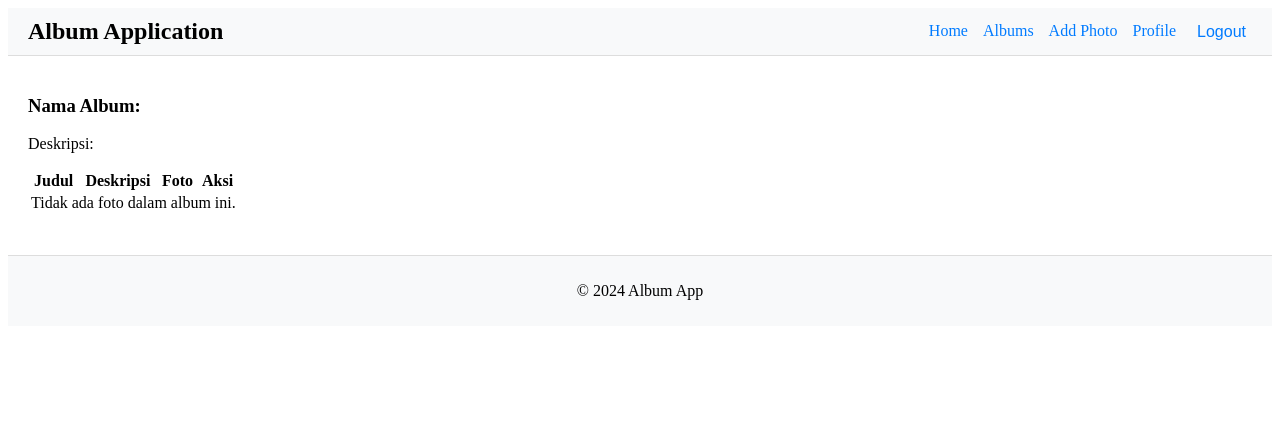
Repository: daffa-alif/snapgram
Page: http://localhost/photos
These files come from the project's save history. The page is drawn as it stood at one moment and after the next save; the edit follows.
The browser window is 1280 px wide. The pictures show the whole page.
The page is served by the project's Laravel application, run on PHP 8.4 with Laravel 12. A made-up administrator, Test User (test@example.com), is signed in. Other server files are loaded and not shown. Queries for data that is not in the repository find no rows.

Above is the page before, as saved 2024-10-29 13:56:31.

### routes/web.php
<?php

use Illuminate\Support\Facades\Route;
use App\Http\Controllers\{
    AuthController,
    HomeController,
    AlbumController,
    PhotoController,
    ProfileController,
};

// Redirect root URL to login
Route::redirect('/', '/auth/login');

// Authentication routes
Route::controller(AuthController::class)->group(function () {

    Route::get('auth/login', 'showLoginForm')->name('login')->middleware('guest');
    Route::post('auth/postLogin', 'postLogin')->name('postLogin');
    Route::post('logout', 'logout')->name('logout');
    Route::get('auth/register', 'showRegistrationForm')->name('register.form');
    Route::post('auth/register', 'register')->name('register');

   // Routes that require authentication
Route::middleware('auth')->group(function () {
    // Home route
    Route::get('/home', [HomeController::class, 'index'])->name('home');
    // Album resource routes
    Route::resource('albums', AlbumController::class);
    // Photo routes
    Route::resource('photos', PhotoController::class);
    Route::get('/albums/{album}/photos', [PhotoController::class, 'index'])
        ->name('albums.photos');
    Route::post('photos/{photo}/like/', [PhotoController::class, 'like'])
        ->name('photos.like');
    Route::get('/photos/{photo}/comments', [PhotoController::class, 'showComments'])
        ->name('photos.comments');
    Route::post('/photos/{photo}/comments', [PhotoController::class, 'storeComment'])
        ->name('photos.comment.store');

        Route::get('/profile', [ProfileController::class, 'index'])->name('profile.index');
        Route::put('/profile', [ProfileController::class, 'update'])->name('profile.update');
    });
});

### app/Models/User.php
<?php

namespace App\Models;

// use Illuminate\Contracts\Auth\MustVerifyEmail;
use Illuminate\Database\Eloquent\Factories\HasFactory;
use Illuminate\Foundation\Auth\User as Authenticatable;
use Illuminate\Notifications\Notifiable;

class User extends Authenticatable
{
    use HasFactory, Notifiable;

    /**
     * The attributes that are mass assignable.
     *
     * @var array<int, string>
     */
    protected $fillable = [
        'username',
        'email',
        'password',
        'namaLengkap',
        'alamat',
    ];

    protected $primaryKey = 'userID';
    /**
     * The attributes that should be hidden for serialization.
     *
     * @var array<int, string>
     */
    protected $hidden = [
        'password',
        'remember_token',
    ];

    /**
     * Get the attributes that should be cast.
     *
     * @return array<string, string>
     */
    protected function casts(): array
    {
        return [
            'email_verified_at' => 'datetime',
            'password' => 'hashed',
        ];
    }
}

### app/Http/Controllers/PhotoController.php
<?php

namespace App\Http\Controllers;

use Illuminate\Http\Request;
use App\Models\Album;
use App\Models\Photo;
use App\Models\LikePhoto;
use App\Models\Comment;
use Illuminate\Support\Facades\Auth;
use Illuminate\Support\Facades\Storage;

class PhotoController extends Controller
{
    /**
     * Display a listing of the photos for a specific album.
     */
    public function index(Album $album)
    {
        // Check if the album belongs to the authenticated user or is public
        $albums = Album::where('userID', auth()->id())->get();
        $photos = Photo::where('albumID', $album->albumID)->get();
        return view('photos.index', compact('album', 'photos')); // Changed to the appropriate view for displaying photos
    }

    public function edit(Photo $photo)
    {
        // Ensure the authenticated user can access only their own albums
        $albums = Album::where('userID', Auth::id())->get();

        // Check if the photo belongs to the authenticated user for security
        if ($photo->userID !== Auth::id()) {
            return redirect()->route('albums.index')->with('error', 'Unauthorized access to edit photo.');
        }

        // Pass the photo and albums to the edit view
        return view('photos.edit', compact('photo', 'albums'));
    }

    /**
     * Show the form for creating a new photo.
     */
    public function create()
    {
        $albums = Album::where('userID', auth()->id())->get(); // Get albums for the authenticated user
        return view('photos.create', compact('albums')); // Pass the variable to the view
    }

    /**
     * Store a newly uploaded photo in storage.
     */
    public function store(Request $request)
    {
        // Validate the photo upload form input
        $request->validate([
            'judulFoto' => 'required|max:255',
            'deskripsiFoto' => 'required|max:500',
            'albumID' => 'required|exists:albums,albumID',
            'photo' => 'required|image|max:2048', // Ensure the field name matches the form input
        ]);

        // Handle file upload
        $path = $request->file('photo')->store('photos', 'public');

        // Create a new photo entry in the database
        Photo::create([
            'judulFoto' => $request->input('judulFoto'),
            'deskripsiFoto' => $request->input('deskripsiFoto'),
            'tanggalUnggah' => now(),
            'lokasiFile' => $path,
            'albumID' => $request->input('albumID'),
            'userID' => Auth::id(),
        ]);

        return redirect()->route('home', $request->input('albumID'))->with('success', 'Photo uploaded successfully.');
    }

    /**
     * Display the specified photo details.
     */
    public function show(Photo $photo)
    {
        // Check if the photo belongs to the authenticated user or is publicly accessible
        return view('photos.show', compact('photo'));
    }

    /**
     * Update the specified photo information.
     */
    public function update(Request $request, Photo $photo)
{
    // Validate the updated photo information
    $request->validate([
        'judulFoto' => 'required|max:255',
        'deskripsiFoto' => 'required|max:500',
        'albumID' => 'required|exists:albums,albumID',
        'photo' => 'nullable|image|max:2048', // Make the file optional for update
    ]);

    // Check if a new file is uploaded
    if ($request->hasFile('photo')) {
        // Delete the old file from storage
        Storage::disk('public')->delete($photo->lokasiFile);

        // Store the new file and update the path
        $photo->lokasiFile = $request->file('photo')->store('photos', 'public');
    }

    // Update the photo's details without the file path
    $photo->update([
        'judulFoto' => $request->input('judulFoto'),
        'deskripsiFoto' => $request->input('deskripsiFoto'),
        'albumID' => $request->input('albumID'),
    ]);

    // Redirect to the album index with a success message
    return redirect()->route('albums.index', $photo->albumID)->with('success', 'Photo updated successfully.');
}



    /**
     * Remove the specified photo from storage.
     */
    public function destroy(Photo $photo)
    {
        // Delete the file from storage
        Storage::disk('public')->delete($photo->lokasiFile);

        // Delete the photo from the database
        $photo->delete();

        return redirect()->route('albums.index', $photo->albumID)->with('success', 'Photo deleted successfully.');
    }

    /**
     * Like or unlike a photo.
     */
    /**
 * Like or unlike a photo.
 */
public function like(Photo $photo)
{
    // Check if the user has already liked the photo
    $like = LikePhoto::where('userID', Auth::id())
                     ->where('fotoID', $photo->fotoID) // Change photoID to fotoID
                     ->first();

    if ($like) {
        // If the photo is already liked, remove the like (unlike)
        $like->delete();
    } else {
        // Otherwise, add a new like
        LikePhoto::create([
            'userID' => Auth::id(),
            'fotoID' => $photo->fotoID, // Change photoID to fotoID
            'tanggalLike' => now(), // Assuming you want to store the like date
        ]);
    }

    return back()->with('success', 'Photo like status updated.');
}


    /**
     * Display the comments for a photo.
     */
    public function showComments(Photo $photo)
{
    // Retrieve comments related to the photo
    $comments = Comment::where('fotoID', $photo->fotoID)->get();

    // Pass the photo and comments to the view
    return view('photos.comments', compact('photo', 'comments'));
}


    /**
     * Store a new comment on the photo.
     */
    public function storeComment(Request $request, Photo $photo)
{
    // Validate the comment input
    $request->validate([
        'isiKomentar' => 'required|max:500',
    ]);

    // Create a new comment
    Comment::create([
        'isiKomentar' => $request->input('isiKomentar'),
        'userID' => Auth::id(),
        'fotoID' => $photo->fotoID, // Use fotoID as per your naming convention
    ]);

    return back()->with('success', 'Comment added successfully.');
}

}

### app/Models/Album.php
<?php

namespace App\Models;

use Illuminate\Database\Eloquent\Model;

class Album extends Model {

protected $primaryKey = 'albumID';
protected $fillable = ['namaAlbum', 'deskripsi',
'tanggalDibuat', 'userID'];

/**
* Relasi one-to-one antara Album dan User.
* Setiap album dimiliki oleh satu user.
* Relasi ini menggunakan foreign key 'userID'.
*/
public function user() {
return $this->belongsTo(User::class, 'userID');
}

/**
* Relasi one-to-many antara Album dan Photo.
* Setiap album bisa memiliki banyak foto.
* Relasi ini menggunakan foreign key 'albumID'.
*/
public function photos() {
return $this->hasMany(Photo::class, 'albumID');
}
}

### app/Models/Photo.php
<?php

namespace App\Models;

use Illuminate\Database\Eloquent\Model;
use Illuminate\Support\Facades\Auth;

class Photo extends Model
{
    protected $primaryKey = 'fotoID';
    protected $fillable = [
        'judulFoto', 'deskripsi Foto',
        'tanggalUnggah', 'lokasiFile',
        'albumID', 'userID'];

    public function album()
    {
        return $this->belongsTo(Album::class, 'albumID');
    }

    public function user()
    {
        return $this->belongsTo(User::class, 'userID');
    }

    public function likes()
    {
        return $this->hasMany(LikePhoto::class, 'fotoID');
    }

    public function isLikedByAuthUser()
    {
        return $this->likes()->where('userID', Auth::user()->userID)->exists();
    }

    public function comments() {
        return $this->hasMany (Comment::class, 'fotoID');
        }
}

### resources/views/photos/index.blade.php
@extends('layouts.app')

@section('content')

<h3>Nama Album: {{ $album->namaAlbum }}</h3>
<p>Deskripsi: {{ $album->deskripsi }}</p>

<table>
    <thead>
        <tr>
            <th>Judul</th>
            <th>Deskripsi</th>
            <th>Foto</th>
            <th>Aksi</th>
        </tr>
    </thead>
    <tbody>
        @if($album->photos->isNotEmpty())
            @foreach($album->photos as $photo)
                <tr>
                    <td>{{ $photo->judulFoto }}</td>
                    <td>{{ $photo->deskripsiFoto }}</td>
                    <td>
                        <img src="{{ asset('storage/'.$photo->lokasiFile) }}"
                             loading="lazy"
                             alt="{{ $photo->judulFoto }}"
                             style="width: 200px; height: auto; aspect-ratio: 1/1; object-fit: cover;">
                    </td>
                    <td>
                        <a href="{{ route('photos.edit', $photo->fotoID) }}">Edit</a>
                        <form action="{{ route('photos.destroy', $photo->fotoID) }}" method="POST"
                              onsubmit="return confirm('Yakin ingin menghapus foto ini?');" style="display:inline;">
                            @csrf
                            @method('DELETE')
                            <button type="submit">Hapus</button>
                        </form>
                    </td>
                </tr>
            @endforeach
        @else
            <tr>
                <td colspan="4">Tidak ada foto dalam album ini.</td>
            </tr>
        @endif
    </tbody>
</table>

@endsection

### resources/views/layouts/app.blade.php
<!DOCTYPE html>
<html lang="en">
<head>
    <meta charset="UTF-8">
    <meta name="viewport" content="width=device-width, initial-scale=1.0">
    <meta http-equiv="X-UA-Compatible" content="ie=edge">
    <title>@yield('title', 'Album App')</title>
    <style>
        /* Basic Flexbox Styles for Navbar */
        header {
            display: flex;
            justify-content: space-between;
            align-items: center;
            padding: 10px 20px;
            background-color: #f8f9fa;
            border-bottom: 1px solid #ddd;
        }

        header h1 {
            margin: 0;
            font-size: 24px;
        }

        nav ul {
            list-style: none;
            display: flex;
            gap: 15px;
            margin: 0;
            padding: 0;
        }

        nav ul li {
            margin: 0;
        }

        nav ul li a,
        nav ul li form button {
            text-decoration: none;
            color: #007BFF;
            background: none;
            border: none;
            cursor: pointer;
            font-size: 16px;
        }

        nav ul li form button:hover,
        nav ul li a:hover {
            text-decoration: underline;
        }

        main {
            padding: 20px;
        }

        footer {
            text-align: center;
            padding: 10px;
            background-color: #f8f9fa;
            border-top: 1px solid #ddd;
            margin-top: 20px;
        }
    </style>
</head>
<body>

    <!-- Header -->
    <header>
        <h1>Album Application</h1>
        @section('header')
            <nav>
                <ul>
                    <li><a href="{{ route('home') }}">Home</a></li>
                    <li><a href="{{ route('albums.index') }}">Albums</a></li>
                    <li><a href="{{ route('photos.create') }}">Add Photo</a></li>
                    <li><a href="{{ route('profile.index') }}">Profile</a></li>
                    <li>
                        <form action="{{ route('logout') }}" method="POST">
                            @csrf
                            <button type="submit">Logout</button>
                        </form>
                    </li>
                </ul>
            </nav>
        @show
    </header>

    <!-- Content Section -->
    <main>
        @yield('content')
    </main>

    <!-- Footer -->
    <footer>
        @section('footer')
            <p>&copy; 2024 Album App</p>
        @show
    </footer>

</body>
</html>

Loaded but not shown: app/Http/Controllers/Controller.php (common file)

After the next save:
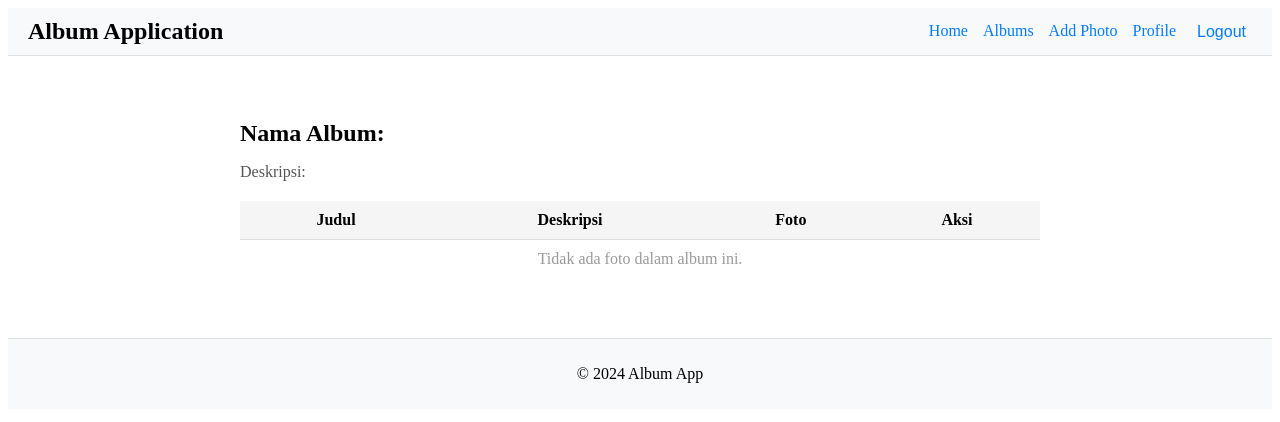
Saved 2 min 38 s later.
--- a/resources/views/photos/index.blade.php
+++ b/resources/views/photos/index.blade.php
@@ -1,48 +1,53 @@
 @extends('layouts.app')
 
 @section('content')
+<div style="padding: 20px; max-width: 800px; margin: 0 auto;">
+    <h3 style="font-size: 24px; margin-bottom: 10px;">Nama Album: {{ $album->namaAlbum }}</h3>
+    <p style="font-size: 16px; color: #555;">Deskripsi: {{ $album->deskripsi }}</p>
 
-<h3>Nama Album: {{ $album->namaAlbum }}</h3>
-<p>Deskripsi: {{ $album->deskripsi }}</p>
-
-<table>
-    <thead>
-        <tr>
-            <th>Judul</th>
-            <th>Deskripsi</th>
-            <th>Foto</th>
-            <th>Aksi</th>
-        </tr>
-    </thead>
-    <tbody>
-        @if($album->photos->isNotEmpty())
-            @foreach($album->photos as $photo)
+    <table style="width: 100%; border-collapse: collapse; margin-top: 20px;">
+        <thead>
+            <tr style="background-color: #f5f5f5;">
+                <th style="padding: 10px; border-bottom: 1px solid #ddd;">Judul</th>
+                <th style="padding: 10px; border-bottom: 1px solid #ddd;">Deskripsi</th>
+                <th style="padding: 10px; border-bottom: 1px solid #ddd;">Foto</th>
+                <th style="padding: 10px; border-bottom: 1px solid #ddd;">Aksi</th>
+            </tr>
+        </thead>
+        <tbody>
+            @if($album->photos->isNotEmpty())
+                @foreach($album->photos as $photo)
+                    <tr>
+                        <td style="padding: 10px; border-bottom: 1px solid #ddd;">{{ $photo->judulFoto }}</td>
+                        <td style="padding: 10px; border-bottom: 1px solid #ddd;">{{ $photo->deskripsiFoto }}</td>
+                        <td style="padding: 10px; border-bottom: 1px solid #ddd;">
+                            <img src="{{ asset('storage/'.$photo->lokasiFile) }}"
+                                 loading="lazy"
+                                 alt="{{ $photo->judulFoto }}"
+                                 style="width: 150px; height: auto; aspect-ratio: 1/1; object-fit: cover; border-radius: 5px;">
+                        </td>
+                        <td style="padding: 10px; border-bottom: 1px solid #ddd;">
+                            <a href="{{ route('photos.edit', $photo->fotoID) }}"
+                               style="text-decoration: none; color: #007bff; margin-right: 10px;">Edit</a>
+                            <form action="{{ route('photos.destroy', $photo->fotoID) }}" method="POST"
+                                  onsubmit="return confirm('Yakin ingin menghapus foto ini?');"
+                                  style="display: inline;">
+                                @csrf
+                                @method('DELETE')
+                                <button type="submit"
+                                        style="background-color: #ff4d4d; color: white; border: none; padding: 5px 10px; border-radius: 5px; cursor: pointer;">
+                                    Hapus
+                                </button>
+                            </form>
+                        </td>
+                    </tr>
+                @endforeach
+            @else
                 <tr>
-                    <td>{{ $photo->judulFoto }}</td>
-                    <td>{{ $photo->deskripsiFoto }}</td>
-                    <td>
-                        <img src="{{ asset('storage/'.$photo->lokasiFile) }}"
-                             loading="lazy"
-                             alt="{{ $photo->judulFoto }}"
-                             style="width: 200px; height: auto; aspect-ratio: 1/1; object-fit: cover;">
-                    </td>
-                    <td>
-                        <a href="{{ route('photos.edit', $photo->fotoID) }}">Edit</a>
-                        <form action="{{ route('photos.destroy', $photo->fotoID) }}" method="POST"
-                              onsubmit="return confirm('Yakin ingin menghapus foto ini?');" style="display:inline;">
-                            @csrf
-                            @method('DELETE')
-                            <button type="submit">Hapus</button>
-                        </form>
-                    </td>
+                    <td colspan="4" style="padding: 10px; text-align: center; color: #999;">Tidak ada foto dalam album ini.</td>
                 </tr>
-            @endforeach
-        @else
-            <tr>
-                <td colspan="4">Tidak ada foto dalam album ini.</td>
-            </tr>
-        @endif
-    </tbody>
-</table>
-
+            @endif
+        </tbody>
+    </table>
+</div>
 @endsection
